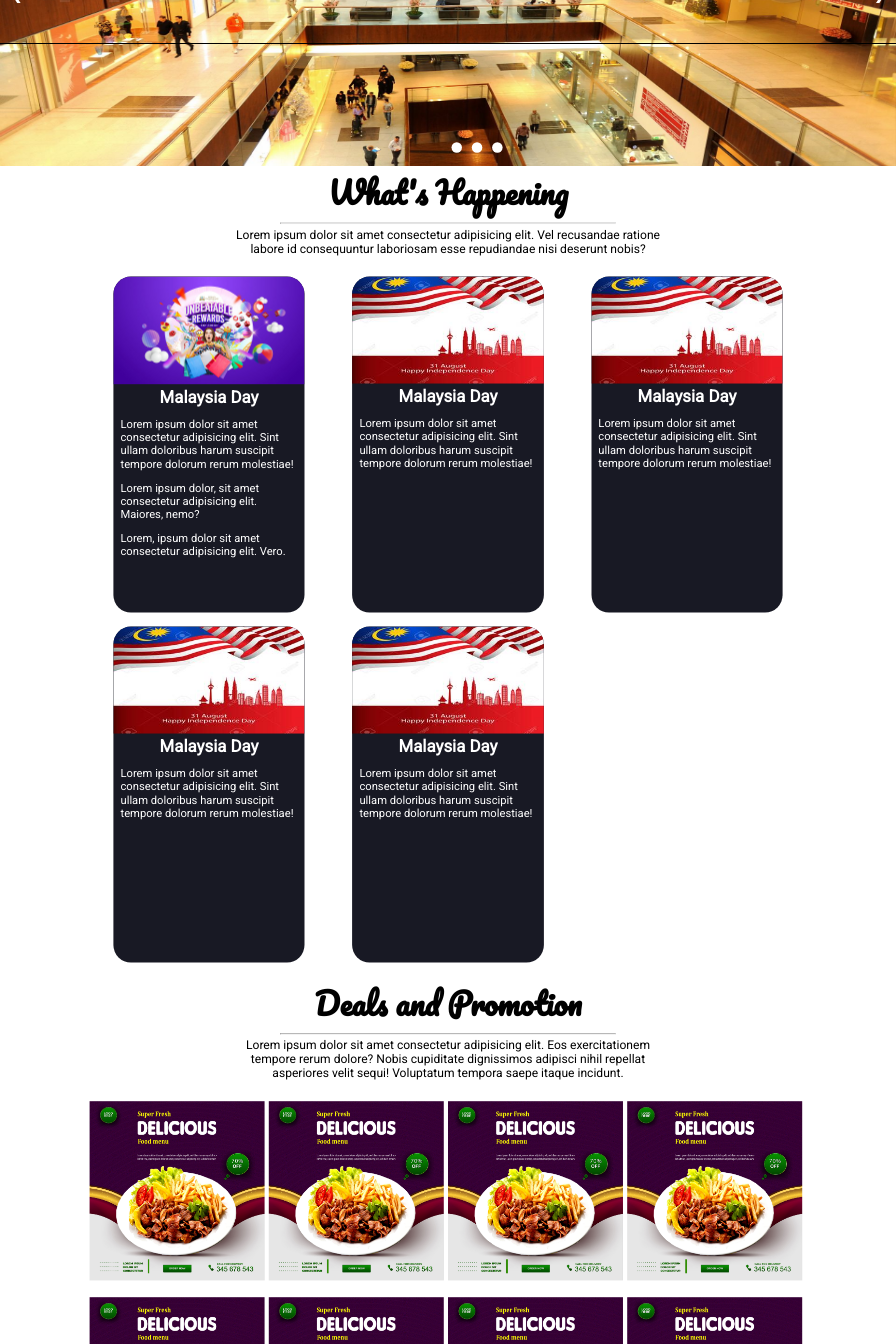
Repository: Jack0Bong/Web-Dev-Assignment
Page: index.html
The author's editor kept a copy of each file at every save. The page is drawn from the files as they stood at one save, then again after the next save.
The browser window is 1280 px wide. The pictures show the part of the page from y = 303 to 2223 px (the page is 2857 px tall before and 3085 px after), at 70% of full size.

Above is the page before, as saved 2021-09-02 13:51:32.

After the next save:
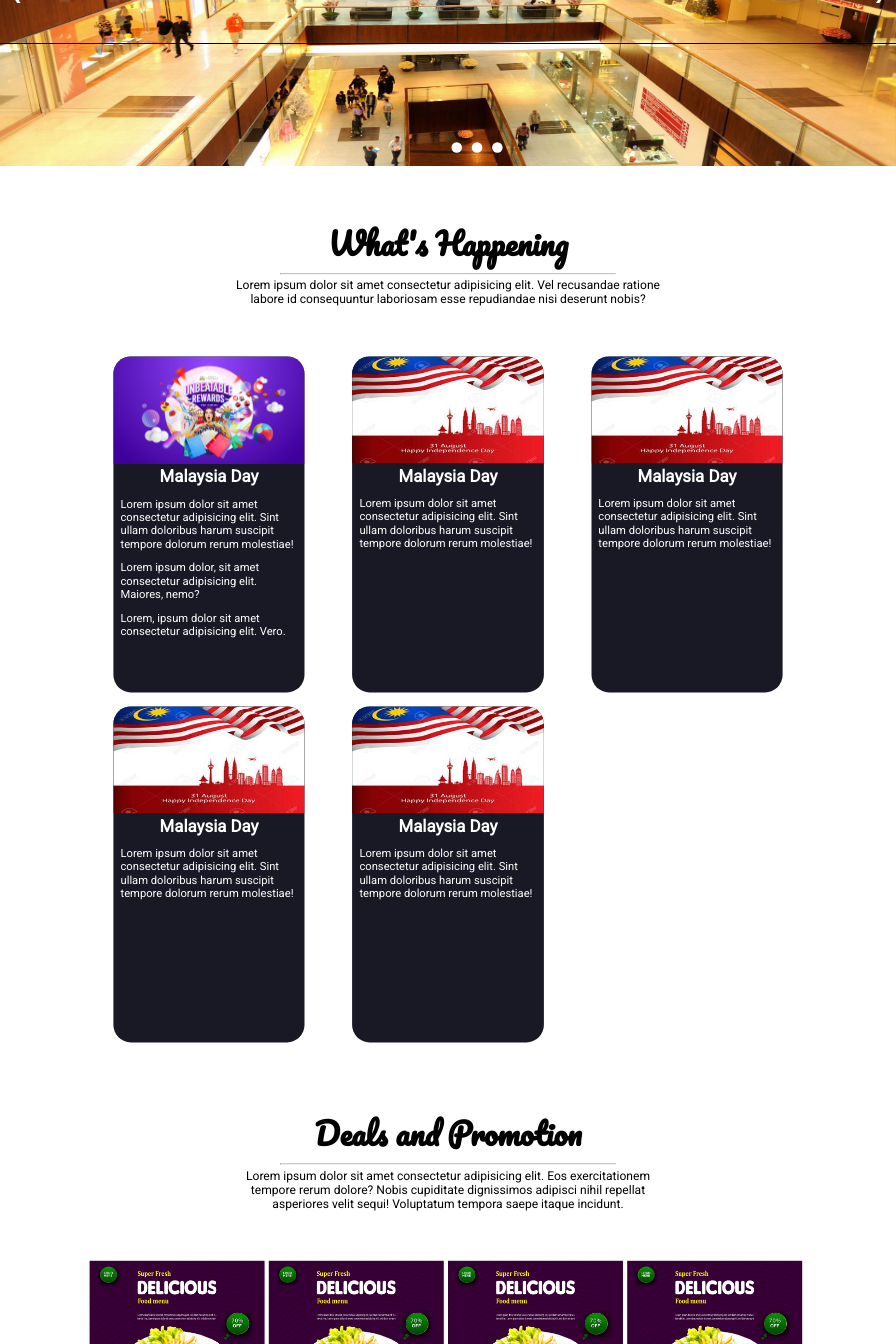
Saved 9 h 57 min later.
--- a/css/index.css
+++ b/css/index.css
@@ -90,7 +90,7 @@ to {opacity: 1}
     font-size: 1.8em;
     text-align: center;
     width: 50%;
-    margin: auto;
+    margin: 10vh auto 10vh auto;
 }
 
 .section-title p{
